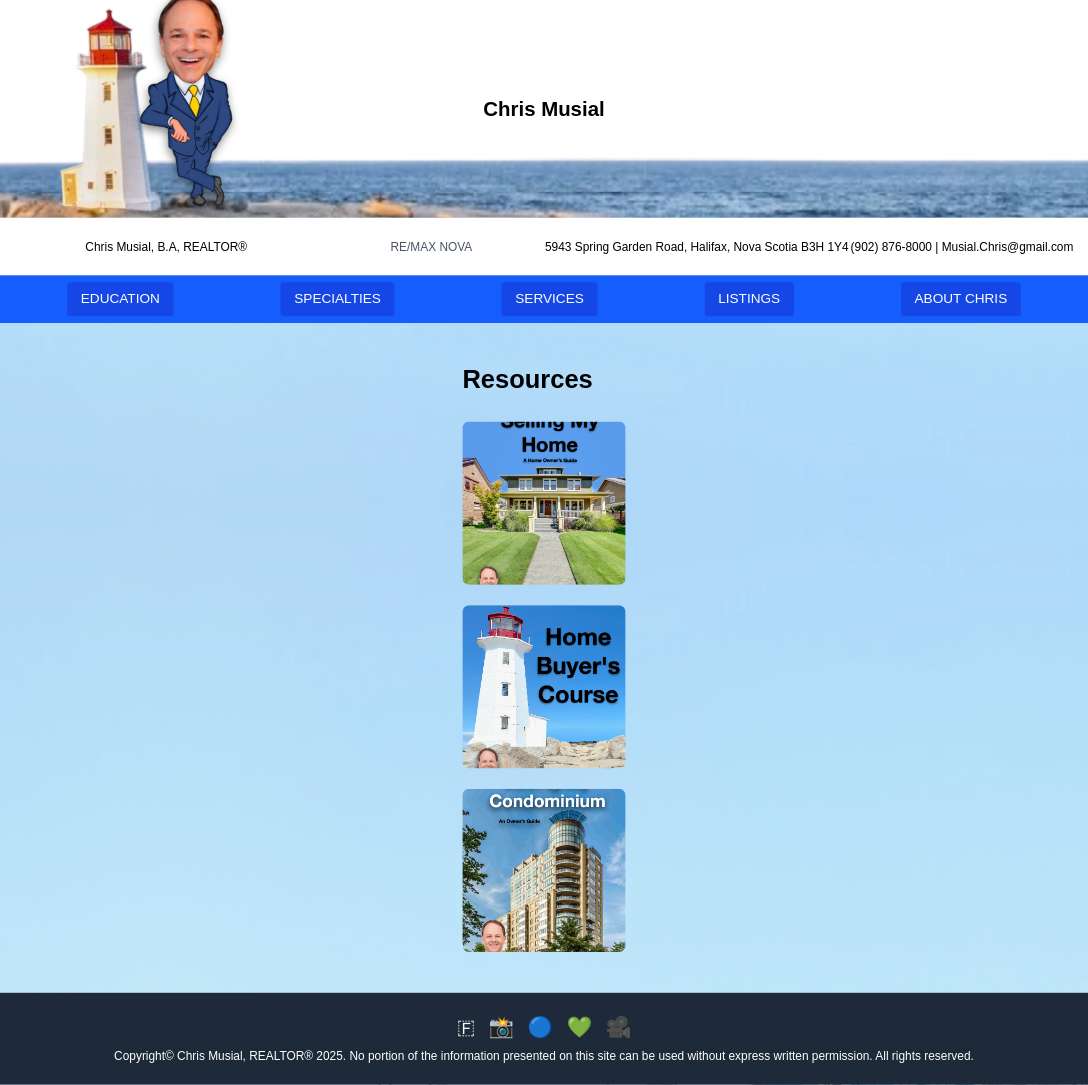
Repository: TMuse333/father-website
Page: / (app in frontend/)
An editor plug-in stored every save of this project. The page is shown before and after the next save, followed by the edit.
The browser window is 1280 px wide. The pictures show the whole page, at 85% of full size.
The project was rebuilt for these pictures with package versions that can differ from the ones it lists, and the page was loaded fresh each time. The framework's server and built-in components were replaced by stand-ins that run in the browser. Also part of the build but not shown: frontend/next.config.ts.

Above is the page before, as saved 2025-05-20 16:19:03.

After the next save:
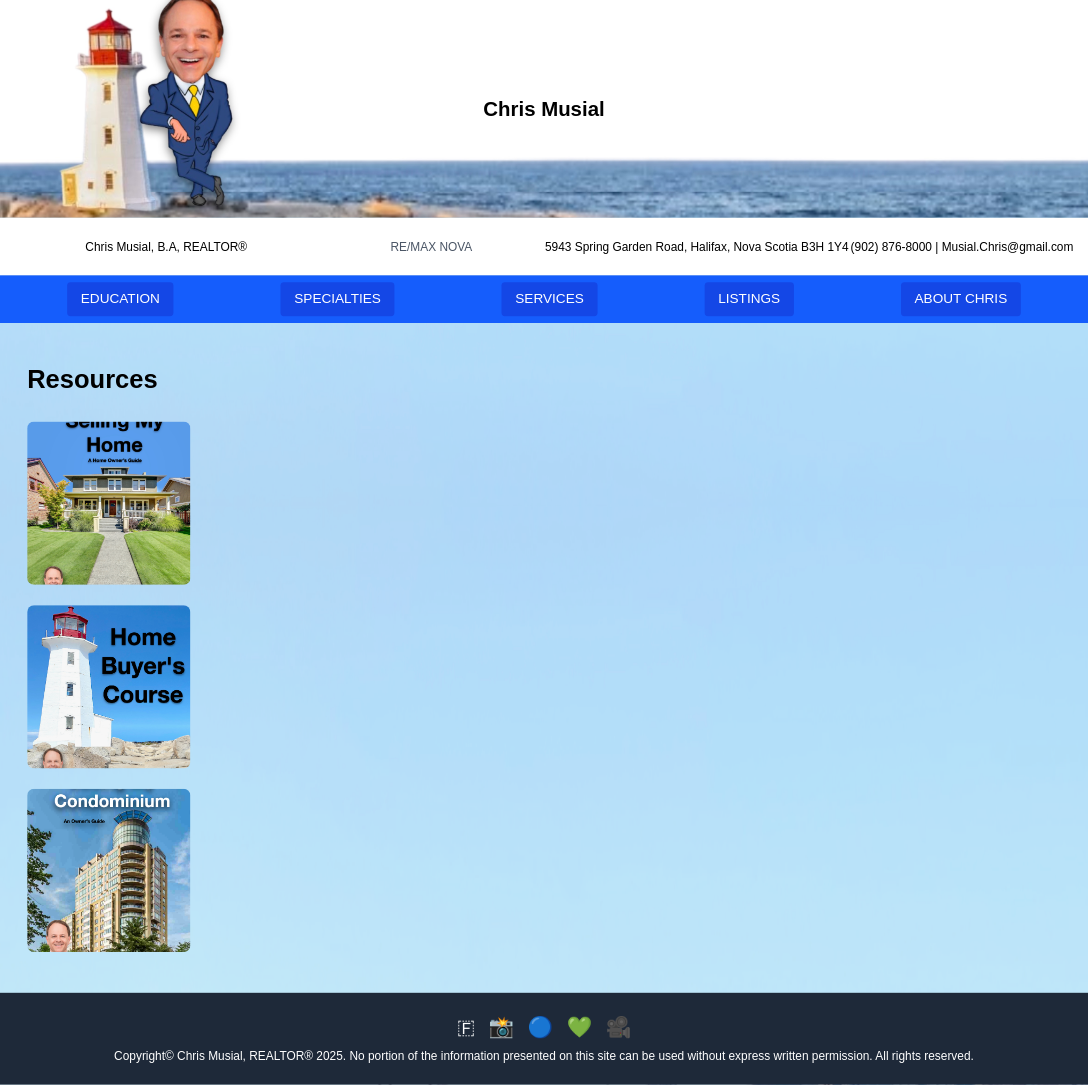
Saved 72 s later.
--- a/frontend/src/app/page.tsx
+++ b/frontend/src/app/page.tsx
@@ -81,33 +81,31 @@
       </nav>
 
       {/* Brochure Section */}
-      <section className="max-w-7xl mx-auto py-12 px-4 relative z-10">
-        <h2 className="text-3xl font-bold text-black mb-8">Resources</h2>
-        <div className="flex flex-col gap-6 w-full md:w-1/3
-        mr-auto">
-          {[
-            { src: "/home.png", alt: "Home Buyer's Course" },
-            { src: "/buyer.png", alt: "Selling My Home" },
-            { src: "/condo.png", alt: "Selling My Condominium" },
-          ].map((item, index) => (
-            <motion.div
-              key={item.alt}
-              className="relative w-48 h-48
-              "
-              initial={{ opacity: 0, x: -20 }}
-              animate={{ opacity: 1, x: 0 }}
-              transition={{ duration: 0.5, delay: index * 0.2 }}
-            >
-              <Image
-                src={item.src}
-                alt={item.alt}
-                fill
-                className="object-cover rounded-lg"
-              />
-            </motion.div>
-          ))}
-        </div>
-      </section>
+      <section className="py-12 px-0 relative z-10">
+      <h2 className="text-3xl font-bold text-black mb-8 pl-4 md:pl-8">Resources</h2>
+      <div className="flex flex-col gap-6 w-full md:w-48 ml-0 pl-4 md:pl-8">
+        {[
+          { src: "/home.png", alt: "Home Buyer's Course" },
+          { src: "/buyer.png", alt: "Selling My Home" },
+          { src: "/condo.png", alt: "Selling My Condominium" },
+        ].map((item, index) => (
+          <motion.div
+            key={item.alt}
+            className="relative w-48 h-48"
+            initial={{ opacity: 0, x: -20 }}
+            animate={{ opacity: 1, x: 0 }}
+            transition={{ duration: 0.5, delay: index * 0.2 }}
+          >
+            <Image
+              src={item.src}
+              alt={item.alt}
+              fill
+              className="object-cover rounded-lg"
+            />
+          </motion.div>
+        ))}
+      </div>
+    </section>
 
       {/* Contact Section */}
       {/* <section className="max-w-7xl mx-auto py-12 px-4 relative z-10">
